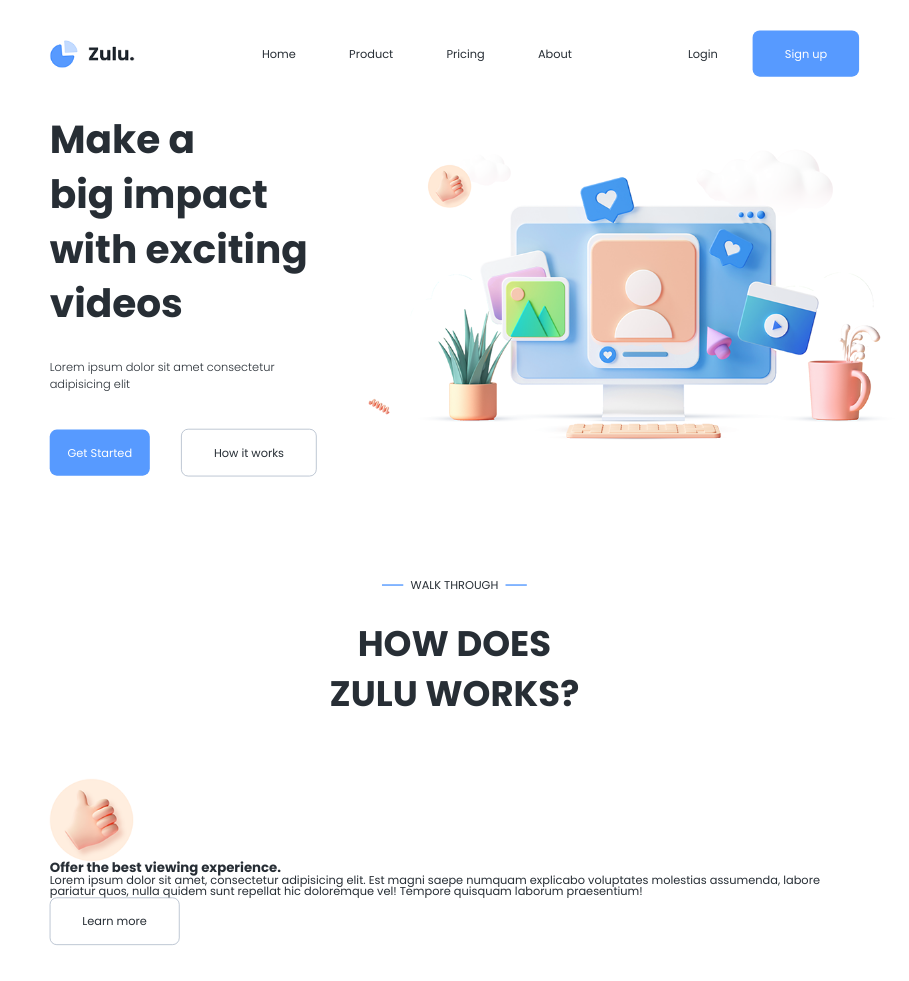
Repository: baodien1405/zulu-landing-page
Page: index.html
The author's editor kept a copy of each file at every save. The page is drawn from the files as they stood at one save, then again after the next save.
The browser window is 1280 px wide. The pictures show the whole page, at 71% of full size.
The style sheet was rebuilt from its Sass, Less or Tailwind sources for each picture, by a compiler version that may differ from the author's.

Above is the page before, as saved 2021-06-22 16:43:35.

After the next save:
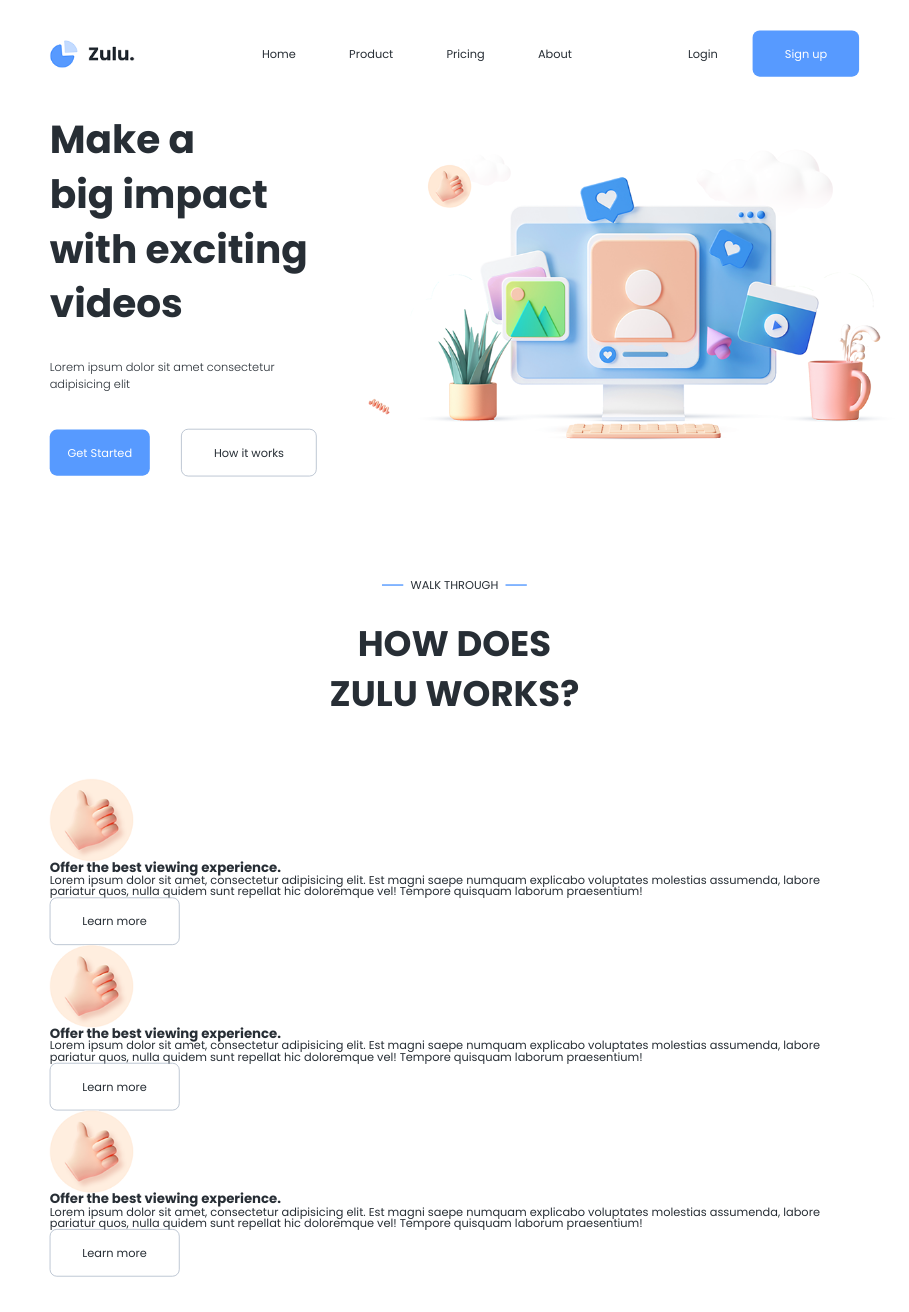
Saved 14 s later.
--- a/index.html
+++ b/index.html
@@ -67,6 +67,18 @@
             <p class="work-desc">Lorem ipsum dolor sit amet, consectetur adipisicing elit. Est magni saepe numquam explicabo voluptates molestias assumenda, labore pariatur quos, nulla quidem sunt repellat hic doloremque vel! Tempore quisquam laborum praesentium!</p>
             <a href="#" class="button button--outline">Learn more</a>
           </div>
+          <div class="work-item">
+            <img src="./images/img2.png" alt="" class="work-image" />
+            <h3 class="work-title">Offer the best viewing experience.</h3>
+            <p class="work-desc">Lorem ipsum dolor sit amet, consectetur adipisicing elit. Est magni saepe numquam explicabo voluptates molestias assumenda, labore pariatur quos, nulla quidem sunt repellat hic doloremque vel! Tempore quisquam laborum praesentium!</p>
+            <a href="#" class="button button--outline">Learn more</a>
+          </div>
+          <div class="work-item">
+            <img src="./images/img2.png" alt="" class="work-image" />
+            <h3 class="work-title">Offer the best viewing experience.</h3>
+            <p class="work-desc">Lorem ipsum dolor sit amet, consectetur adipisicing elit. Est magni saepe numquam explicabo voluptates molestias assumenda, labore pariatur quos, nulla quidem sunt repellat hic doloremque vel! Tempore quisquam laborum praesentium!</p>
+            <a href="#" class="button button--outline">Learn more</a>
+          </div>
         </div>
       </section>
     </div>
